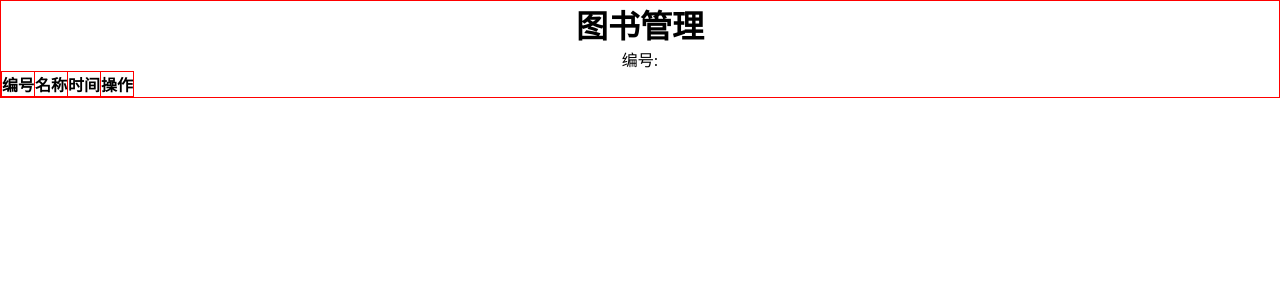
Repository: chenguocan/Vue_demo_1
Page: vue_demo_03/图书管理.html
These files come from the project's save history. The page is drawn as it stood at one moment and after the next save; the edit follows.
The browser window is 1280 px wide. The pictures show the whole page.

Above is the page before, as saved 2020-07-21 16:01:29.

After the next save:
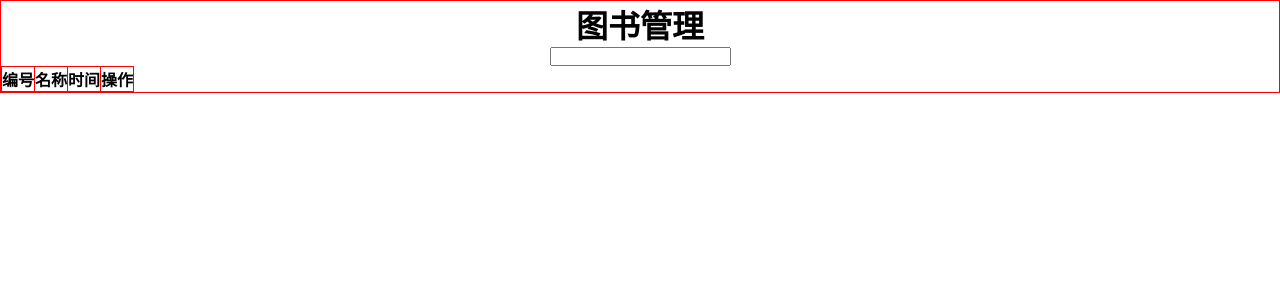
Saved 17 s later.
--- a/vue_demo_03/图书管理.html
+++ b/vue_demo_03/图书管理.html
@@ -28,7 +28,7 @@
       <h1>图书管理</h1>
       <table>
         <tr>
-          编号:
+          <input type="text" />
         </tr>
       </table>
       <table>
